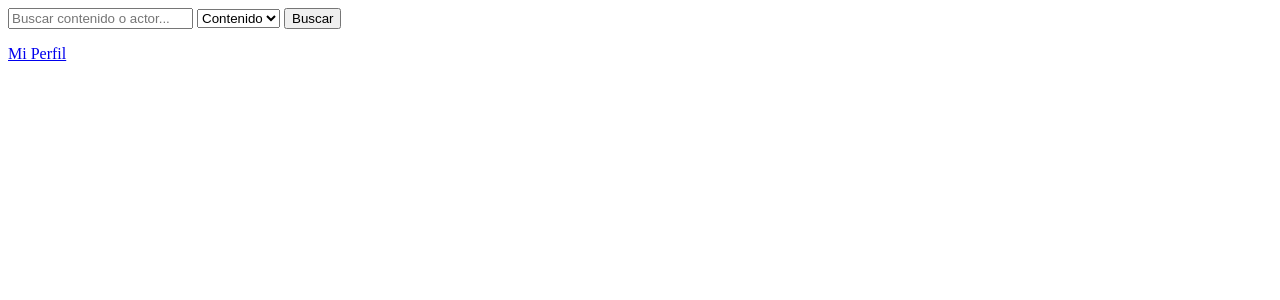
Repository: pperez02/AnalisisUsuarios
Page: Interfaz/templates/header.html
These files come from the project's save history. The page is drawn as it stood at one moment and after the next save; the edit follows.
The browser window is 1280 px wide. The pictures show the whole page.

Above is the page before, as saved 2024-11-22 22:38:07.

### Interfaz/templates/header.html
<!-- header.html -->
<header>
    <div class="search-bar">
        <form action="/buscar" method="get">
            <input type="text" name="query" placeholder="Buscar contenido o actor..." required>
            <select name="tipo" required>
                <option value="contenido">Contenido</option>
                <option value="actor">Actor</option>
                <option value="todos">Todos</option>
            </select>
            <button type="submit">Buscar</button>
        </form>
    </div>

    <!-- Botón para redirigir al perfil del usuario dentro del contenedor -->
    <a href="/usuarios/{{ user_id }}/perfil" class="profile-button">Mi Perfil</a>
</header>

After the next save:
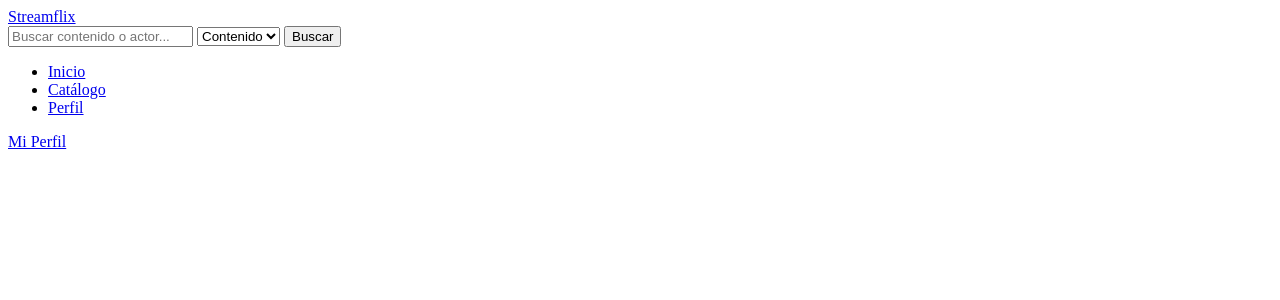
Saved 4 min 38 s later.
--- a/Interfaz/templates/header.html
+++ b/Interfaz/templates/header.html
@@ -1,5 +1,8 @@
 <!-- header.html -->
 <header>
+    <div class="logo">
+        <a href="/pantalla_principal">Streamflix</a>
+    </div>
     <div class="search-bar">
         <form action="/buscar" method="get">
             <input type="text" name="query" placeholder="Buscar contenido o actor..." required>
@@ -11,7 +14,13 @@
             <button type="submit">Buscar</button>
         </form>
     </div>
-
+    <nav>
+        <ul>
+            <li><a href="/">Inicio</a></li>
+            <li><a href="/catalogo">Catálogo</a></li>
+            <li><a href="/usuarios/{{ user_id }}/perfil">Perfil</a></li>
+        </ul>
+    </nav>
     <!-- Botón para redirigir al perfil del usuario dentro del contenedor -->
     <a href="/usuarios/{{ user_id }}/perfil" class="profile-button">Mi Perfil</a>
 </header>
